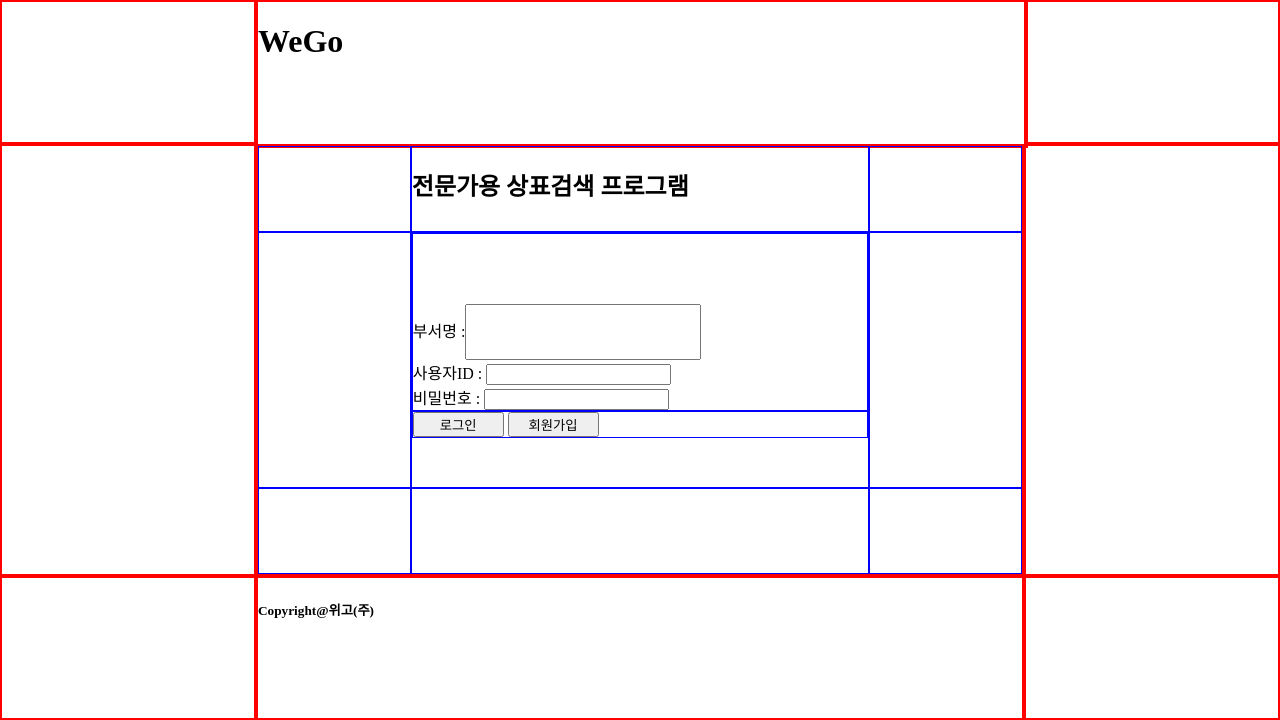
Repository: hamuse/wego1
Page: http://localhost/teamW1/facade.do
These files come from the project's save history. The page is drawn as it stood at one moment and after the next save; the edit follows.
The browser window is 1280 px wide. The pictures show the whole page.
Some web libraries are served in a nearby version. The page is served by Tomcat 9.

Above is the page before, as saved 2019-10-07 11:22:30.

After the next save:
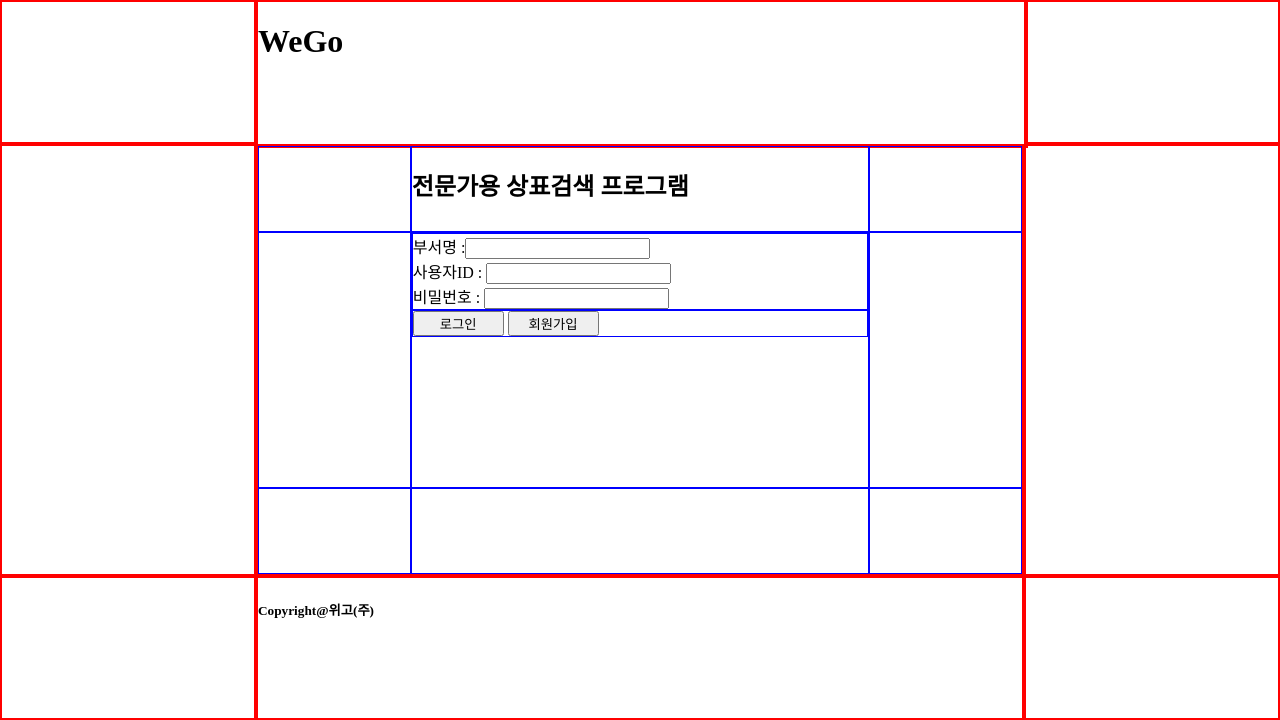
Saved 15 s later.
--- a/teamW1/WebContent/WEB-INF/views/facade/login.jsp
+++ b/teamW1/WebContent/WEB-INF/views/facade/login.jsp
@@ -3,7 +3,7 @@
 <form >
 
 <div >
-  부서명 :<input id="d_Name" class="input_text" type="text" name="dName"/><br/>
+  부서명 :<input id="d_Name"  type="text" name="dName"/><br/>
   사용자ID : <input id="userName" type="text" name="empNo"/><br/>
   비밀번호 : <input id="userPw" type="text" name="eName"/><br/>
 </div>
